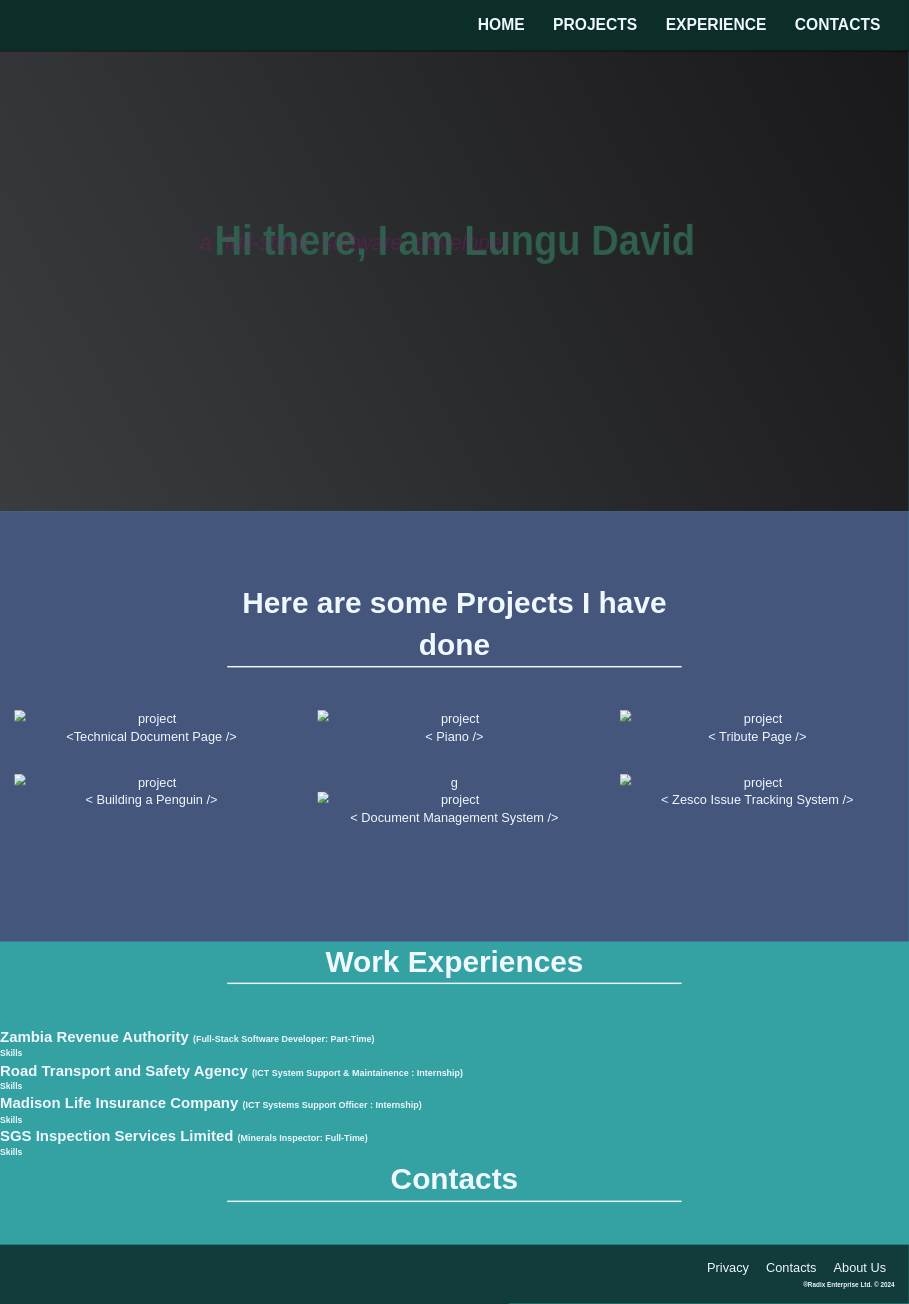
Repository: Lungdjos/personal_portifolio
Page: html/index.html
The author's editor kept a copy of each file at every save. The page is drawn from the files as they stood at one save, then again after the next save.
The browser window is 1280 px wide. The pictures show the whole page, at 71% of full size.

Above is the page before, as saved 2024-02-04 00:19:28.

After the next save:
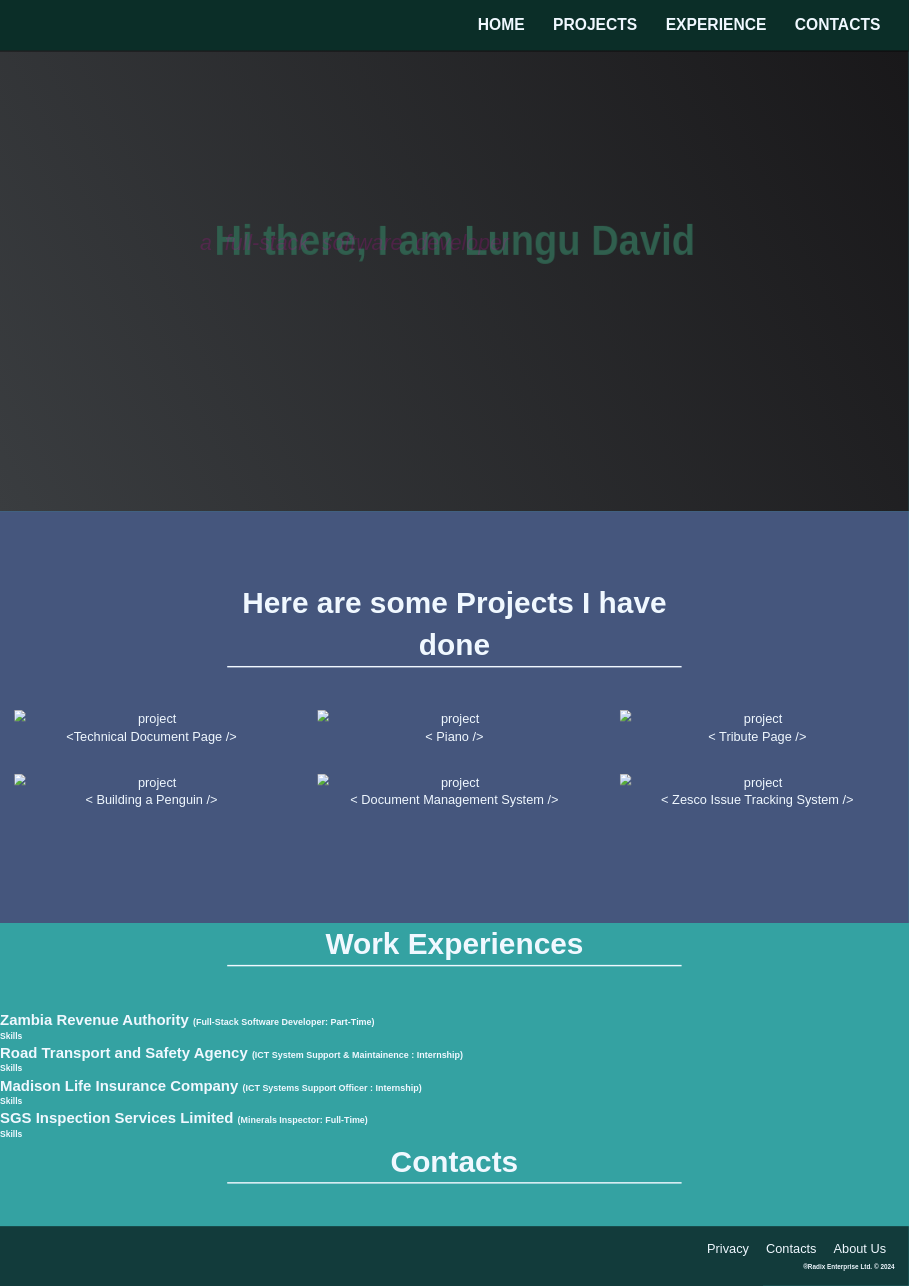
Saved 24 s later.
--- a/html/index.html
+++ b/html/index.html
@@ -70,7 +70,7 @@
                     </p>
                 </a>
 
-                <a href="" target="_blank" class="project project-title">g
+                <a href="" target="_blank" class="project project-title">
                     <img class="project-image" src="" alt="project">
                     <p class="project-title">
                         <span class="code">&lt;</span> Document Management System
